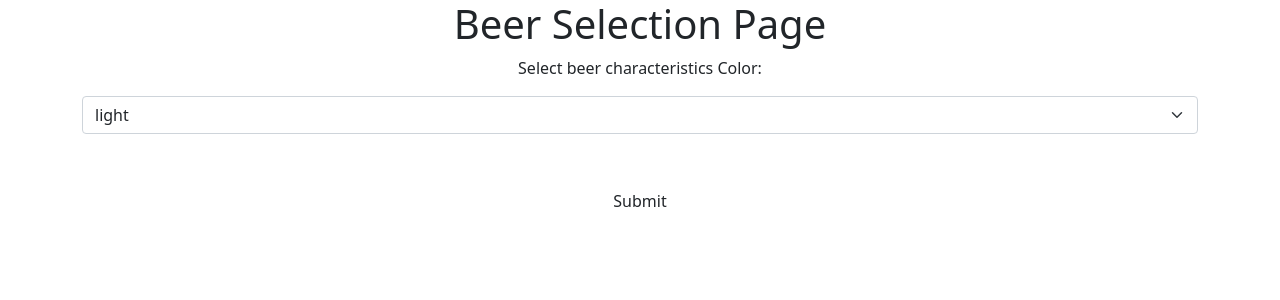
Repository: vedang03/servlet-jsp
Page: http://localhost/10-beer-app/beerSelect.jsp
An editor plug-in stored every save of this project. The page is shown before and after the next save, followed by the edit.
The browser window is 1280 px wide. The pictures show the whole page.
The page is served by Tomcat 9.

Above is the page before, as saved 2023-10-14 15:38:37.

After the next save:
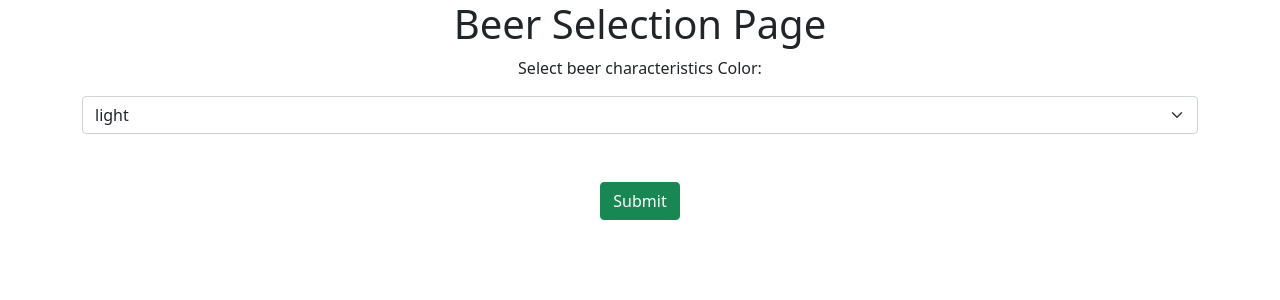
Saved 11 s later.
--- a/10-beer-app/WebContent/beerSelect.jsp
+++ b/10-beer-app/WebContent/beerSelect.jsp
@@ -33,7 +33,7 @@ Color:
 </center>
 <br><br>
 <center>
-<input type="SUBMIT" class="btn btn-outline success">
+<input type="SUBMIT" class="btn btn-success">
 </center>
 </form>
 </body>
